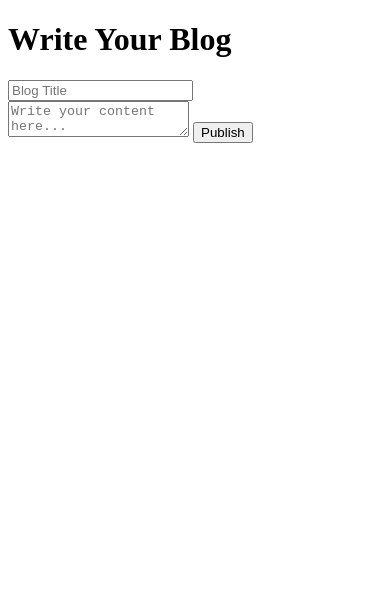
Repository: rizwanahmed2022/YourFees-BlogingApp
Page: post.html
The author's editor kept a copy of each file at every save. The page is drawn from the files as they stood at one save, then again after the next save.
The browser window is 375 px wide. The pictures show the whole page.

Above is the page before, as saved 2025-11-09 21:45:58.

After the next save:
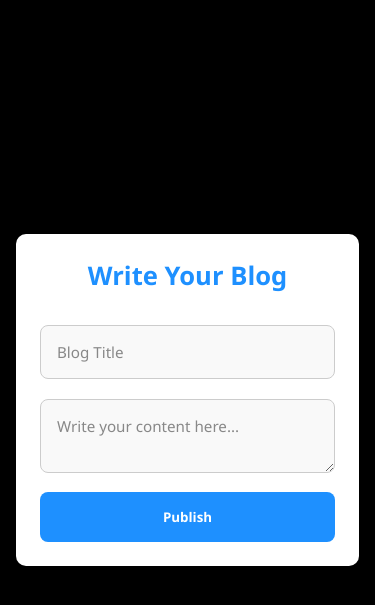
Saved 5 s later.
--- a/post.html
+++ b/post.html
@@ -6,6 +6,122 @@
   <title>Write Blog | YourFeed</title>
   <style>
 
+    :root {
+  --color-primary: #1e90ff;
+  --color-bg: #000000;        /* page background */
+  --color-card-bg: #ffffff;   /* container background */
+  --color-text: #000000;
+  --color-input-bg: #f9f9f9;
+  --color-shadow: rgba(0,0,0,0.3);
+  --color-primary-hover: #0066cc;
+}
+
+* {
+  margin: 0;
+  padding: 0;
+  box-sizing: border-box;
+  font-family: "Segoe UI", Tahoma, Geneva, Verdana, sans-serif;
+}
+
+body {
+  background-color: var(--color-bg);
+  min-height: 100vh;
+  display: flex;
+  justify-content: center;
+  align-items: center; /* vertically center */
+  padding: 2rem 1rem;
+}
+
+.blog-wrapper {
+  display: flex;
+  justify-content: center;
+  width: 100%;
+}
+
+.blog-container {
+  background-color: var(--color-card-bg);
+  padding: 2.5rem 3rem;
+  border-radius: 12px;
+  box-shadow: 0 8px 25px var(--color-shadow);
+  width: 100%;
+  max-width: 900px; /* long width on desktop */
+}
+
+.blog-title {
+  font-size: 2rem;
+  color: var(--color-primary);
+  margin-bottom: 2rem;
+  text-align: center;
+}
+
+.blog-form {
+  display: flex;
+  flex-direction: column;
+  gap: 1.2rem;
+}
+
+.blog-form input,
+.blog-form textarea {
+  padding: 1rem 1rem;
+  border-radius: 8px;
+  border: 1px solid #ccc;
+  background-color: var(--color-input-bg);
+  font-size: 1rem;
+  color: var(--color-text);
+  width: 100%;
+  resize: vertical;
+}
+
+.blog-form input::placeholder,
+.blog-form textarea::placeholder {
+  color: #888;
+}
+
+.blog-form input:focus,
+.blog-form textarea:focus {
+  outline: none;
+  border-color: var(--color-primary);
+  box-shadow: 0 0 5px rgba(30,144,255,0.4);
+}
+
+.btn.publish-btn {
+  padding: 1rem;
+  border: none;
+  border-radius: 8px;
+  cursor: pointer;
+  font-weight: 600;
+  background-color: var(--color-primary);
+  color: white;
+  transition: background-color 0.2s;
+}
+
+.btn.publish-btn:hover {
+  background-color: var(--color-primary-hover);
+}
+
+/* ======================
+   Responsive for mobile
+====================== */
+@media (max-width: 600px) {
+  .blog-container {
+    padding: 1.5rem 1.5rem;
+    border-radius: 10px;
+    max-width: 100%;
+  }
+
+  .blog-title {
+    font-size: 1.6rem;
+  }
+
+  .blog-form input,
+  .blog-form textarea {
+    font-size: 0.95rem;
+  }
+
+  .btn.publish-btn {
+    width: 100%;
+  }
+}
 
   </style>
 </head>
